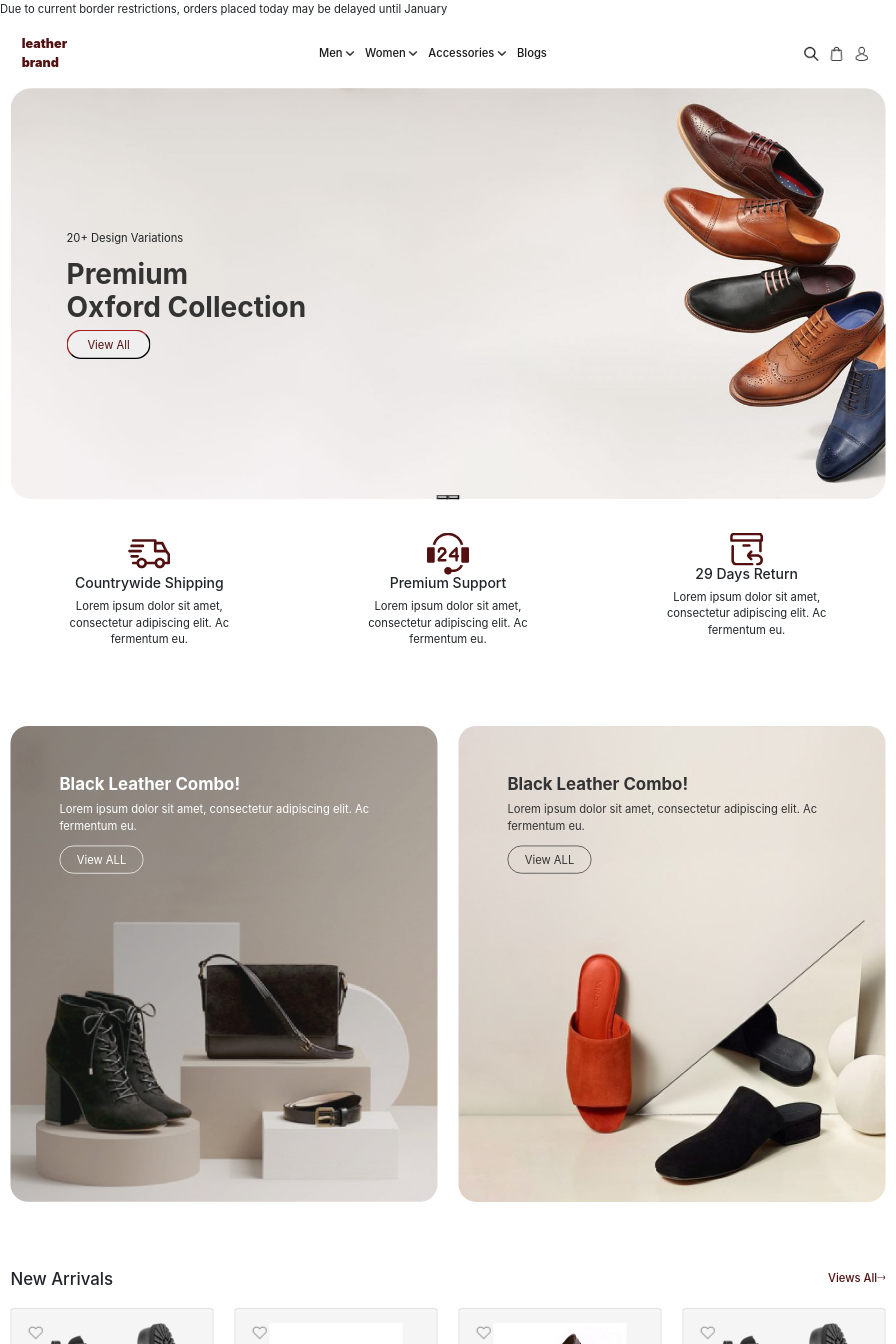
Repository: arif286/fashion-house
Page: /
An editor plug-in stored every save of this project. The page is shown before and after the next save, followed by the edit.
The browser window is 1280 px wide. The pictures show the part of the page from y = 0 to 1920 px (the page is 3847 px tall before and 3873 px after), at 70% of full size.
The project was rebuilt for these pictures with package versions that can differ from the ones it lists, and the page was loaded fresh each time. The framework's server and built-in components were replaced by stand-ins that run in the browser. Also part of the build but not shown: nuxt.config.js, components/Footer.vue, components/NuxtLogo.vue, components/Tutorial.vue.

Above is the page before, as saved 2021-07-12 10:18:41.

### components/Contact.vue
<template>
  <div class="container mb-5">
    <div class="row contact-bg">
      <div class="contact mt-5 mb-5">
        <h3>Stay on track</h3>
        <p>
          Sign up to our newsletter to stay up to date with the latest news,
          products and events from Leatherex.
        </p>
        <div class="subscribe">
          <input class="email" type="text" placeholder="Your Email Address" />
          <input class="sub-btn" type="button" value="Subscribe!" />
        </div>
      </div>
    </div>
  </div>
</template>
<style scoped>
.contact-bg {
  background-image: url('@/assets/Images/newsletter.png');
  background-repeat: no-repeat;
  background-size: cover;
  background-position: bottom;
  border-radius: 25px;
}
.contact {
  margin-left: 50px;
}
.contact h3 {
  color: #521010;
  font-weight: 800;
}
.contact p {
  width: 345px;
  color: #333333;
}
.subscribe {
  width: 430px;
  display: flex;
  position: relative;
}
.subscribe .email {
  outline: none;
  border: 1px solid #521010;
  padding: 10px;
  border-radius: 30px;
  width: 100%;
}
.sub-btn {
  background: #521010;
  border-radius: 30px;
  padding: 9px 20px;
  position: absolute;
  right: 0;
  color: white;
}
@media only screen and (min-width: 320px) and (max-width: 560px) {
  .subscribe {
    width: 300px;
  }
  .contact p {
    width: 300px;
  }
  .contact {
    margin-left: 0px;
    padding: 10px;
  }
}
</style>

### components/DisplayCollection.vue
<template>
  <div class="container mb-5">
    <div class="row">
      <div class="col-md-6 col-sm-12 col-12">
        <div class="row">
          <div class="col-12 pb-4">
            <div
              class="men-collection all-collection d-flex align-items-center"
            >
              <div class="collection-content">
                <h3>Mens</h3>
                <p>Collection</p>
              </div>
            </div>
          </div>
          <div class="col-12 pb-4">
            <div
              class="women-collection all-collection d-flex align-items-center"
            >
              <div class="collection-content">
                <h3>Women's</h3>
                <p>Collection</p>
              </div>
            </div>
          </div>
        </div>
      </div>
      <div class="col-md-6 col-sm-12 col-12">
        <div class="accessories all-collection d-flex align-items-center">
          <div class="collection-content">
            <h3>Accessories</h3>
            <p>Collection</p>
          </div>
        </div>
      </div>
    </div>
  </div>
</template>

<script></script>

<style scoped>
.men-collection {
  background-image: url('@/assets/Images/mens.png');
  height: 300px;
}
.women-collection {
  background-image: url('@/assets/Images/women.png');
  height: 300px;
}
.accessories {
  background-image: url('@/assets/Images/accessories.png');
  height: 623px;
}
.all-collection {
  background-repeat: no-repeat;
  background-position: bottom;
  background-size: cover;
  border-radius: 15px;
}
.collection-content {
  margin-left: 60px;
}
.collection-content h3 {
  color: white;
  font-weight: 500;
}
.collection-content p {
  color: white;
}
@media only screen and (min-width: 320px) and (max-width: 767px) {
  .accessories {
    height: 300px;
  }
}
</style>

### components/Nav.vue
<template>
  <div>
    <header>
      <p class="top-header">
        Due to current border restrictions, orders placed today may be delayed
        until January
      </p>
    </header>
    <nav class="navbar container navbar-expand-lg navbar-light mb-3">
      <div class="container-fluid">
        <div class="nav-title">
          <span>leather</span>
          <br />
          <span>brand</span>
        </div>
        <button
          class="navbar-toggler"
          type="button"
          data-bs-toggle="collapse"
          data-bs-target="#navbarSupportedContent"
          aria-controls="navbarSupportedContent"
          aria-expanded="false"
          aria-label="Toggle navigation"
        >
          <span class="navbar-toggler-icon"></span>
        </button>
        <div id="navbarSupportedContent" class="collapse navbar-collapse">
          <div class="d-flex justify-content-center w-100">
            <ul class="navbar-nav mb-2 mb-lg-0">
              <li class="nav-item">
                <a class="nav-link active" href="#"
                  >Men
                  <img
                    class="down-arrow"
                    :src="require('@/assets/Images/down-arrow.png')"
                    alt=""
                /></a>
              </li>
              <li class="nav-item">
                <a class="nav-link active" href="#"
                  >Women
                  <img
                    class="down-arrow"
                    :src="require('@/assets/Images/down-arrow.png')"
                    alt=""
                /></a>
              </li>
              <li class="nav-item">
                <a class="nav-link active" href="#">
                  Accessories
                  <img
                    class="down-arrow"
                    :src="require('@/assets/Images/down-arrow.png')"
                    alt=""
                  />
                </a>
              </li>
              <li class="nav-item">
                <a class="nav-link active" href="#">Blogs</a>
              </li>
            </ul>
          </div>
          <div class="ml-auto">
            <ul class="navbar-nav mb-2 mb-lg-0">
              <li class="nav-item">
                <a class="nav-link active" aria-current="page" href="#"
                  ><img
                    class="nav-icon"
                    :src="require('@/assets/Images/search.png')"
                    alt=""
                /></a>
              </li>
              <li class="nav-item">
                <a class="nav-link" href="#"
                  ><img
                    class="nav-icon"
                    :src="require('@/assets/Images/nav-bag.png')"
                    alt=""
                /></a>
              </li>
              <li class="nav-item">
                <a class="nav-link active" href="#">
                  <img
                    class="nav-icon"
                    :src="require('@/assets/Images/avatar.png')"
                    alt=""
                  />
                </a>
              </li>
            </ul>
          </div>
        </div>
      </div>
    </nav>
  </div>
</template>

<script></script>
<style scoped>
.nav-title {
  color: #521010;
  font-weight: 900;
  font-size: 18px;
}
.nav-title:hover {
  color: #521010;
  font-weight: bold;
}
.nav-item a {
  color: #000;
}
.nav-icon {
  width: 20px;
}
.nav-link {
  font-weight: 500;
}
.down-arrow {
  width: 12px;
}
</style>

### components/NewCollection.vue
<template>
  <div class="container mb-5">
    <div class="row">
      <div
        v-for="item in collections"
        :key="item.id"
        class="col-md-6 col-12 mb-5"
      >
        <div class="card-content" :class="item.class">
          <div class="card-body product-details">
            <h4>{{ item.title }}</h4>
            <p>{{ item.text }}</p>
            <button>View ALL</button>
          </div>
        </div>
      </div>
    </div>
  </div>
</template>
<script>
export default {
  props: {
    collections: {
      type: Array,
      required: true,
    },
  },
}
</script>
<style>
.newArrival {
  background-image: url('@/assets/Images/newarrivals1.png');
}
.promo {
  background-image: url('@/assets/Images/promo.png');
}
.card-content {
  background-repeat: no-repeat;
  background-size: cover;
  height: 680px;
  border-radius: 25px;
  background-position: bottom;
}
.product-details {
  padding: 70px;
}
.product-details button {
  border-radius: 30px;
  width: 120px;
  padding: 7px 15px;
  border: 1px solid #333333;
  color: #333333;
  background: none;
}
.product-details h4 {
  color: #333333;
  font-weight: 700;
}
.product-details p {
  color: #333333;
}
.newArrival h4 {
  color: white;
}
.newArrival p {
  color: white;
}
.newArrival button {
  border: 1px solid white;
  color: white;
}
@media only screen and (min-width: 320px) and (max-width: 425px) {
  .product-details {
    padding: 30px 0px 0px 20px;
  }
  .card-content {
    height: 450px;
  }
}
</style>

### components/Products.vue
<template>
  <div class="container mb-5">
    <div class="d-flex justify-content-between pb-3">
      <h4>{{ title }}</h4>
      <a class="view-product" href="">
        <p class="d-flex">
          <span>Views All</span>
          <img :src="require('@/assets/Images/right-arrow.svg')" alt="" />
        </p>
      </a>
    </div>

    <div class="row">
      <div
        v-for="item in products"
        :key="item.id"
        class="col-12 col-sm-6 col-lg-3 mb-4"
      >
        <div class="card h-100">
          <div class="card-body">
            <div class="d-flex justify-content-center position-relative">
              <span class="heart"
                ><img :src="require('@/assets/Images/heart.png')" alt=""
              /></span>
              <img
                class="product-img"
                :src="require(`@/assets/Images/${item.image}`)"
                alt=""
              />
            </div>
            <h3>{{ item.title }}</h3>
            <p class="price">৳ {{ item.price }}</p>
            <div class="d-flex justify-content-between">
              <p>
                <span>
                  <img
                    class="rating"
                    :src="require('@/assets/Images/star.png')"
                    alt=""
                  />
                </span>
                <span>
                  <img
                    class="rating"
                    :src="require('@/assets/Images/star.png')"
                    alt=""
                  />
                </span>
                <span>
                  <img
                    class="rating"
                    :src="require('@/assets/Images/star.png')"
                    alt=""
                  />
                </span>
                <span>
                  <img
                    class="rating"
                    :src="require('@/assets/Images/star2.png')"
                    alt=""
                  />
                </span>
              </p>
              <button class="shopping-btn">
                <img :src="require('@/assets/Images/bag.png')" alt="" />
              </button>
            </div>
          </div>
        </div>
      </div>
    </div>
  </div>
</template>
<script>
export default {
  props: {
    products: {
      type: Array,
      required: true,
    },
    title: {
      type: String,
      required: true,
    },
  },
}
</script>

<style scoped>
.product-img {
  width: 190px;
  height: 184px;
}
.card {
  background-color: #f5f5f5;
}
.view-product {
  color: #521010;
  font-weight: 500;
}
.view-product p img {
  width: 12px;
}
.price {
  color: #521010;
  font-weight: 700;
}
.shopping-btn {
  background-color: #521010;
  padding: 5px 8px;
  border-radius: 5px;
}
.shopping-btn img {
  width: 25px;
  height: 25px;
}
.rating {
  width: 18px;
}
.heart {
  display: inline-block;
  position: absolute;
  left: 5px;
}
.heart img {
  width: 20px;
}
</style>

### components/Service.vue
<template>
  <div class="container mb-5">
    <div class="row">
      <div
        v-for="service in services"
        :key="service.id"
        class="col-md-4 col-12 mb-5"
      >
        <div class="d-flex justify-content-center">
          <div class="service-box text-center">
            <img :src="require(`@/assets/Images/${service.image}`)" alt="" />
            <h5>{{ service.title }}</h5>
            <p>{{ service.text }}</p>
          </div>
        </div>
      </div>
    </div>
  </div>
</template>

<script>
export default {
  props: {
    services: { type: Array, required: true },
  },
}
</script>
<style>
.service-box {
  width: 250px;
}
</style>

### components/Slider.vue
<template>
  <div class="container mb-5">
    <div
      id="carouselExampleIndicators"
      class="carousel slide"
      data-bs-ride="carousel"
    >
      <div class="carousel-indicators">
        <button
          type="button"
          data-bs-target="#carouselExampleIndicators"
          data-bs-slide-to="0"
          class="active"
          aria-current="true"
          aria-label="Slide 1"
        ></button>
        <button
          type="button"
          data-bs-target="#carouselExampleIndicators"
          data-bs-slide-to="1"
          aria-label="Slide 2"
        ></button>
      </div>
      <div class="carousel-inner">
        <div class="carousel-item active d-flex align-items-center">
          <div class="slider-content">
            <p>20+ Design Variations</p>
            <h1>
              Premium
              <br />
              Oxford Collection
            </h1>
            <button>View All</button>
          </div>
        </div>
        <div class="carousel-item">
          <div class="slider-content">
            <p>20+ Design Variations</p>
            <h1>
              Premium
              <br />
              Oxford Collection
            </h1>
            <button>View All</button>
          </div>
        </div>
      </div>
    </div>
  </div>
</template>

<script></script>
<style>
.carousel-item {
  background-image: url('@/assets/Images/hero1.png');
  background-repeat: no-repeat;
  width: 100%;
  background-size: cover;
  height: 587px;
  border-radius: 30px;
}
.slider-content {
  margin-left: 80px;
}
.slider-content h1 {
  color: #333333;
  font-weight: 700;
}
.slider-content button {
  border-radius: 30px;
  width: 120px;
  padding: 7px 15px;
  border-color: #521010;
  color: #521010;
}
@media only screen and (min-width: 320px) and (max-width: 450px) {
  .carousel-item {
    height: 400px;
  }
  .slider-content {
    margin-left: 20px;
  }
}
</style>

### pages/index.vue
<template>
  <div>
    <Nav />
    <Slider />
    <Service :services="serviceData" />
    <NewCollection :collections="collections" />
    <Products title="New Arrivals" :products="products" />
    <DisplayCollection />
    <Products title="Best Sellers" :products="products" />
    <Contact />
  </div>
</template>

<script>
import { serviceData, newCollectionData, productsData } from '@/assets/data.js'
export default {
  data() {
    return {
      serviceData,
      collections: newCollectionData,
      products: productsData,
    }
  },
}
</script>
<style>
@import url('https://fonts.googleapis.com/css2?family=Roboto:ital,wght@0,100;0,300;0,400;0,500;0,700;0,900;1,100;1,300;1,400;1,500;1,700;1,900&display=swap');

.body {
  font-family: 'Roboto', sans-serif;
}
.container {
  max-width: 1880px;
}
</style>

### assets/data.js
export const serviceData = [
  {
    id: 1,
    image: 'delivery.svg',
    title: 'Countrywide Shipping',
    text: 'Lorem ipsum dolor sit amet, consectetur adipiscing elit. Ac fermentum eu.',
  },
  {
    id: 2,
    image: 'call-center.svg',
    title: 'Premium Support',
    text: 'Lorem ipsum dolor sit amet, consectetur adipiscing elit. Ac fermentum eu.',
  },
  {
    id: 3,
    image: 'return.svg',
    title: '29 Days Return',
    text: 'Lorem ipsum dolor sit amet, consectetur adipiscing elit. Ac fermentum eu.'
  }
]

export const newCollectionData = [
  {
    id: 2,
    class: 'newArrival',
    title: 'Black Leather Combo!',
    text: 'Lorem ipsum dolor sit amet, consectetur adipiscing elit. Ac fermentum eu.',
  },
  {
    id: 3,
    class: 'promo',
    title: 'Black Leather Combo!',
    text: 'Lorem ipsum dolor sit amet, consectetur adipiscing elit. Ac fermentum eu.',
  }
]

export const productsData = [
  {
    id: 1,
    image: 'boot.png',
    title: 'Black Leather Boots',
    price: 4499,
    rating: 4,
  },
  {
    id: 2,
    image: 'image1.png',
    title: "Men's Chelsea Boots",
    price: 3699,
    rating: 3,
  },
  {
    id: 3,
    image: 'image2.png',
    title: 'Casual Men Loafers',
    price: 2599,
    rating: 4,
  },
  {
    id: 4,
    image: 'boot.png',
    title: 'Black Leather Boots',
    price: 3699,
    rating: 5,
  },
]

After the next save:
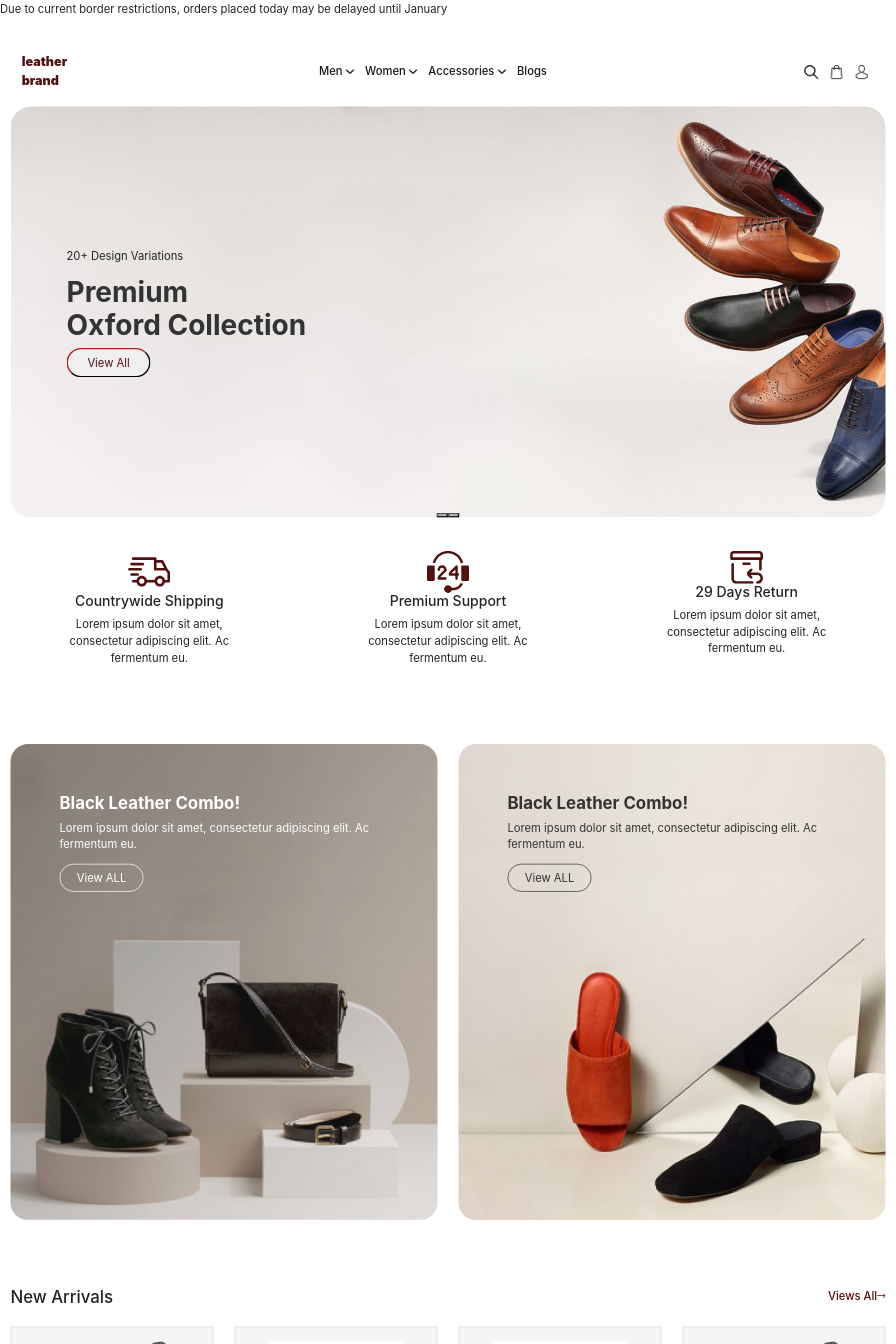
Saved 38 s later.
--- a/components/Nav.vue
+++ b/components/Nav.vue
@@ -118,4 +118,7 @@
 .down-arrow {
   width: 12px;
 }
+.top-header {
+  height: 50px;
+}
 </style>
